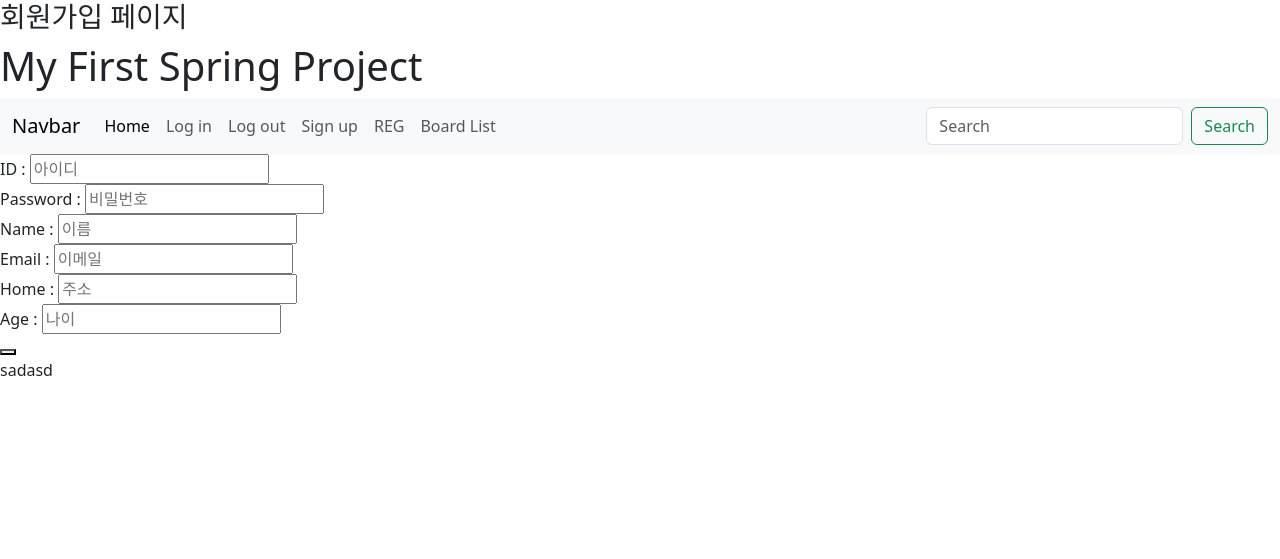
Repository: dfhdfhdfsza/springtest
Page: http://localhost/spring-Test/WEB-INF/views/member/signup.jsp
An editor plug-in stored every save of this project. The page is shown before and after the next save, followed by the edit.
The browser window is 1280 px wide. The pictures show the whole page.
The page is served by Tomcat 9. Nobody is signed in. The template is opened directly, without the code that normally fills it, so the values that code supplies are empty.

Above is the page before, as saved 2023-10-06 07:34:23.

After the next save:
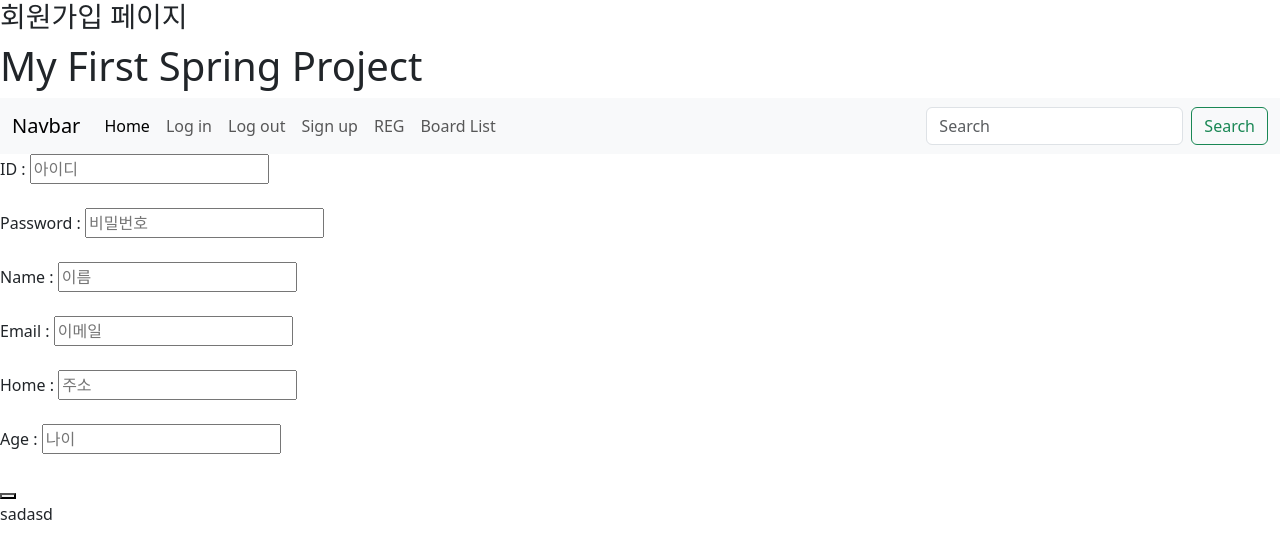
Saved 19 s later.
--- a/spring-Test/src/main/webapp/WEB-INF/views/member/signup.jsp
+++ b/spring-Test/src/main/webapp/WEB-INF/views/member/signup.jsp
@@ -11,12 +11,12 @@
 	<h3>회원가입 페이지</h3>
 	<jsp:include page="../layout/header.jsp"></jsp:include>
 	<form action="/member/singup">
-		ID : <input type="text" name="id" placeholder="아이디"> <br>
-		Password : <input type="password" name="pw" placeholder="비밀번호"><br>
-		Name : <input type="text" name="name" placeholder="이름"><br>
-		Email : <input type="text" name="email" placeholder="이메일"><br>
-		Home :  <input type="text" name="home" placeholder="주소"><br>
-		Age : <input type="text" name="age" placeholder="나이"><br>
+		ID : <input type="text" name="id" placeholder="아이디"> <br><br>
+		Password : <input type="password" name="pw" placeholder="비밀번호"><br><br>
+		Name : <input type="text" name="name" placeholder="이름"><br><br>
+		Email : <input type="text" name="email" placeholder="이메일"><br><br>
+		Home :  <input type="text" name="home" placeholder="주소"><br><br>
+		Age : <input type="text" name="age" placeholder="나이"><br><br>
 		<button type="submit"></button>
 	</form>
 	<jsp:include page="../layout/footer.jsp"></jsp:include>

After the save that followed:
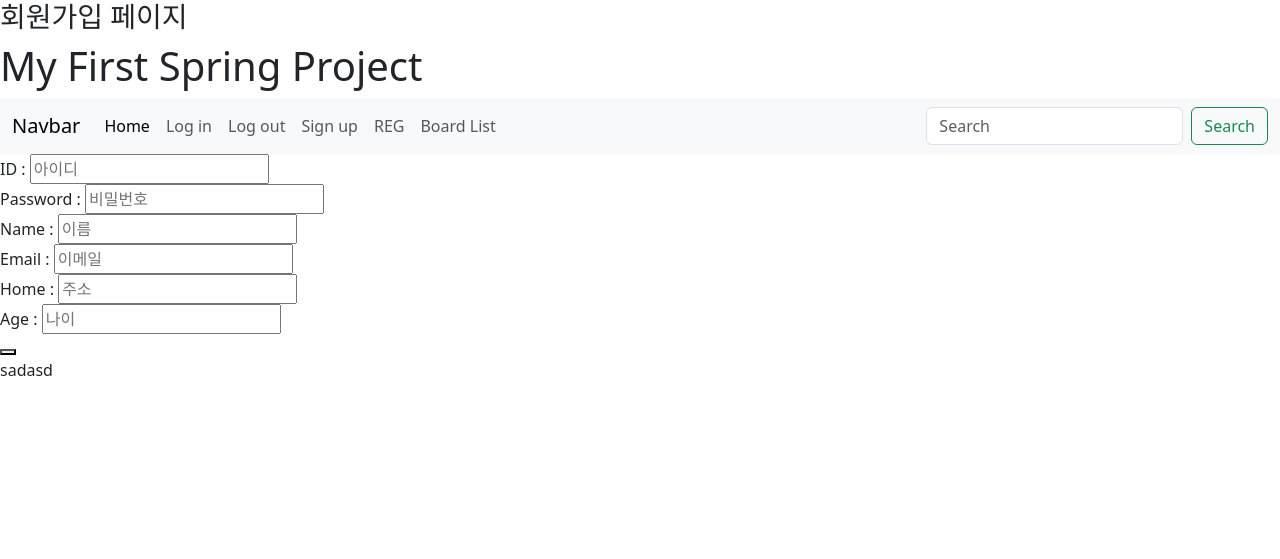
Saved 8 s later.
--- a/spring-Test/src/main/webapp/WEB-INF/views/member/signup.jsp
+++ b/spring-Test/src/main/webapp/WEB-INF/views/member/signup.jsp
@@ -11,12 +11,12 @@
 	<h3>회원가입 페이지</h3>
 	<jsp:include page="../layout/header.jsp"></jsp:include>
 	<form action="/member/singup">
-		ID : <input type="text" name="id" placeholder="아이디"> <br><br>
-		Password : <input type="password" name="pw" placeholder="비밀번호"><br><br>
-		Name : <input type="text" name="name" placeholder="이름"><br><br>
-		Email : <input type="text" name="email" placeholder="이메일"><br><br>
-		Home :  <input type="text" name="home" placeholder="주소"><br><br>
-		Age : <input type="text" name="age" placeholder="나이"><br><br>
+		ID : <input type="text" name="id" placeholder="아이디"> <br>
+		Password : <input type="password" name="pw" placeholder="비밀번호"><br>
+		Name : <input type="text" name="name" placeholder="이름"><br>
+		Email : <input type="text" name="email" placeholder="이메일"><br>
+		Home :  <input type="text" name="home" placeholder="주소"><br>
+		Age : <input type="text" name="age" placeholder="나이"><br>
 		<button type="submit"></button>
 	</form>
 	<jsp:include page="../layout/footer.jsp"></jsp:include>
